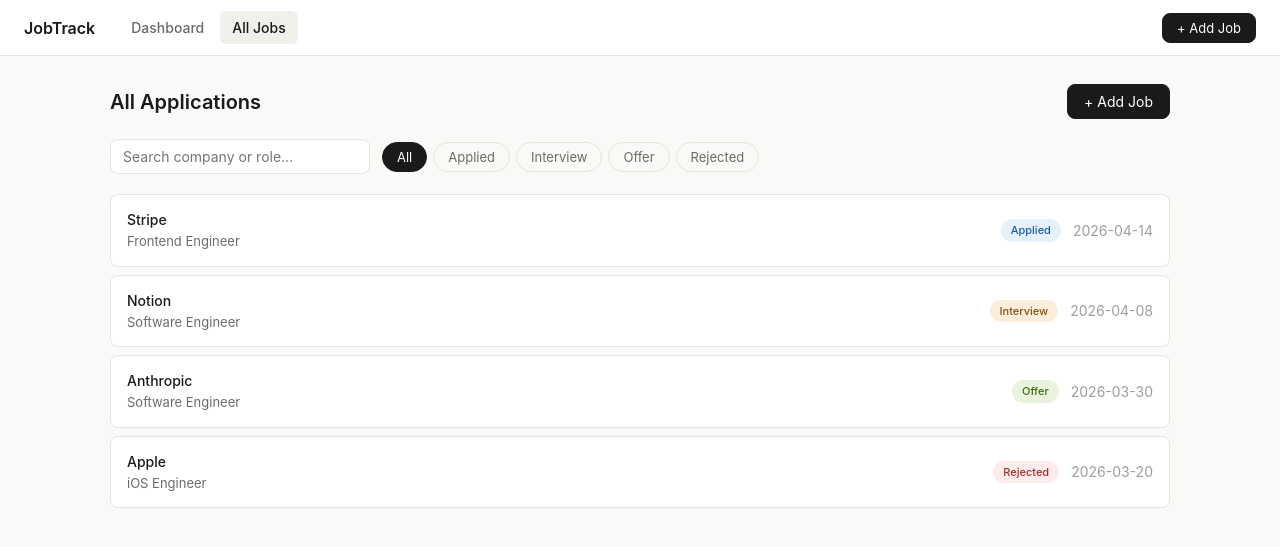
Repository: adtm0/jobtracker
Page: /jobs (app in frontend/)
An editor plug-in stored every save of this project. The page is shown before and after the next save, followed by the edit.
The browser window is 1280 px wide. The pictures show the whole page.
The project was rebuilt for these pictures with package versions that can differ from the ones it lists, and the page was loaded fresh each time. Also part of the build but not shown: frontend/vite.config.js, frontend/src/pages/Login.jsx, frontend/src/pages/Register.jsx, frontend/src/pages/Dashboard.jsx, frontend/src/pages/JobForm.jsx.

Above is the page before, as saved 2026-04-19 20:26:20.

After the next save:
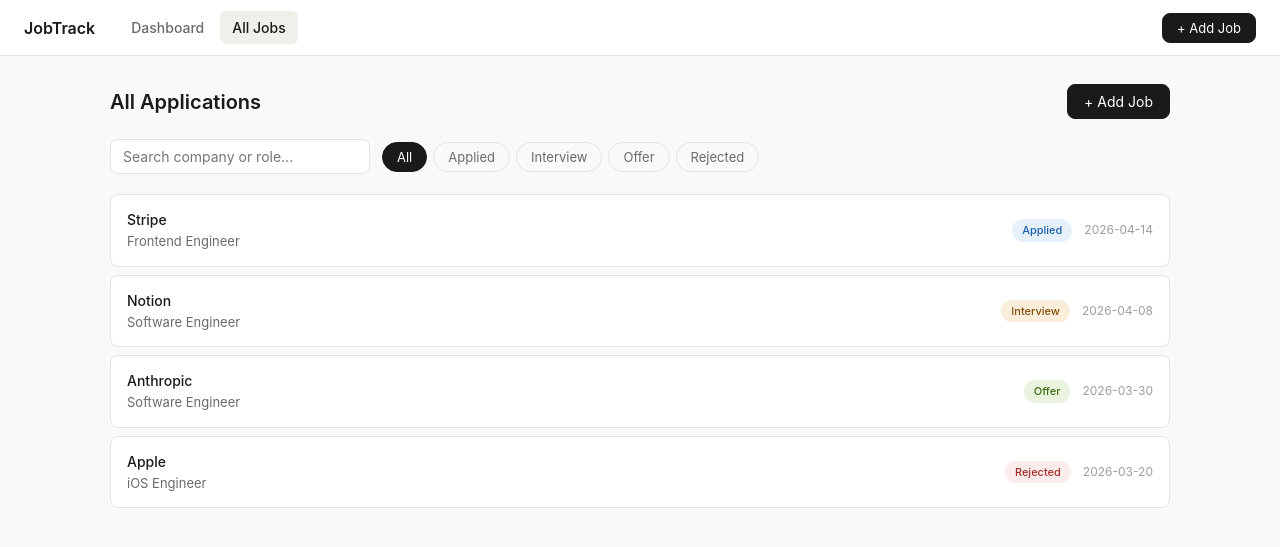
Saved 6 s later.
--- a/frontend/src/pages/Jobs.jsx
+++ b/frontend/src/pages/Jobs.jsx
@@ -150,7 +150,7 @@
               }}>
                 {job.status.charAt(0).toUpperCase() + job.status.slice(1)}
               </span>
-              <span style={{color: '#9d9d99'}}>{job.date_applied}</span>
+              <span style={{color: '#9d9d99', fontSize: 12}}>{job.date_applied}</span>
             </div>
           ))}
         </div>
